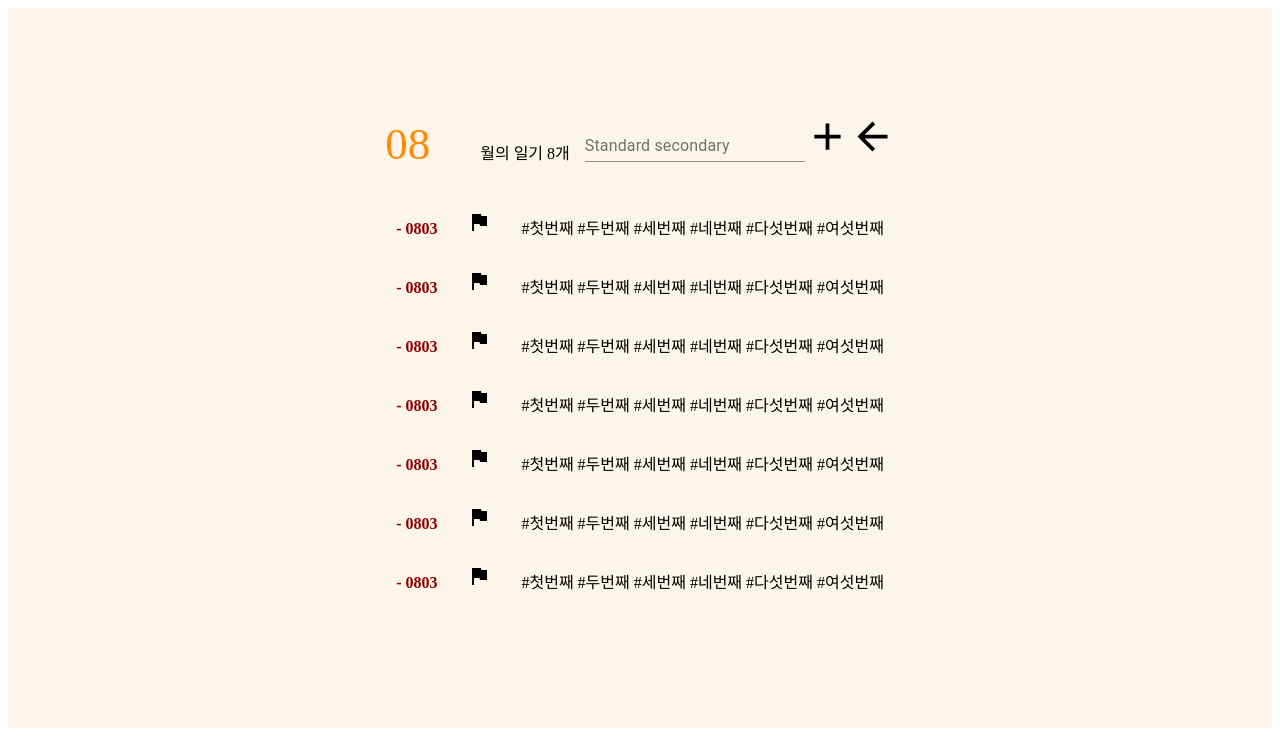
Repository: IMHANA/diary
Page: /list
The author's editor kept a copy of each file at every save. The page is drawn from the files as they stood at one save, then again after the next save.
The browser window is 1280 px wide. The pictures show the whole page.
The project was rebuilt for these pictures with package versions that can differ from the ones it lists, and the page was loaded fresh each time. Also part of the build but not shown: src/App.css, src/pages/Main/main.js, src/pages/Month/month.js.

Above is the page before, as saved 2021-08-05 17:42:44.

After the next save:
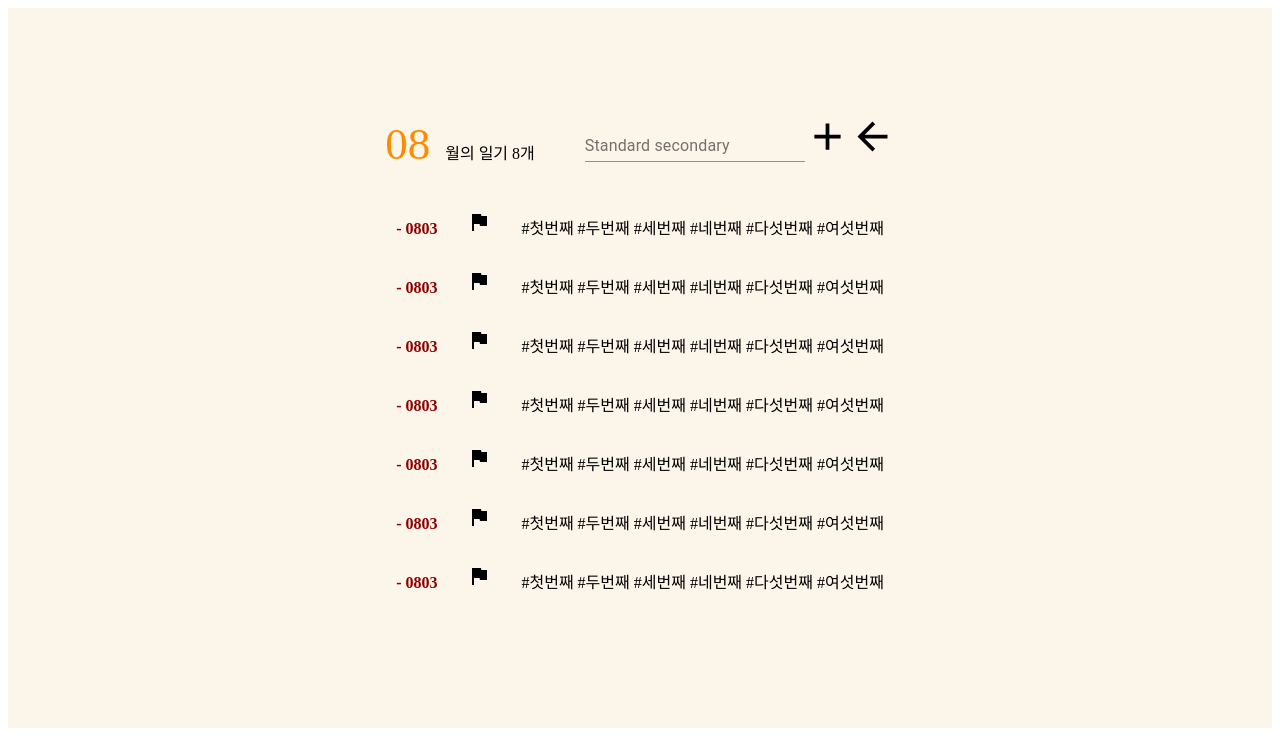
Saved 49 s later.
--- a/src/pages/DayList/dayList.css
+++ b/src/pages/DayList/dayList.css
@@ -17,7 +17,7 @@
 }
 
 #month_sub {
-    margin: 0 15px 0 50px;
+    margin: 0 50px 0 15px;
 }
 
 #sub_box {
